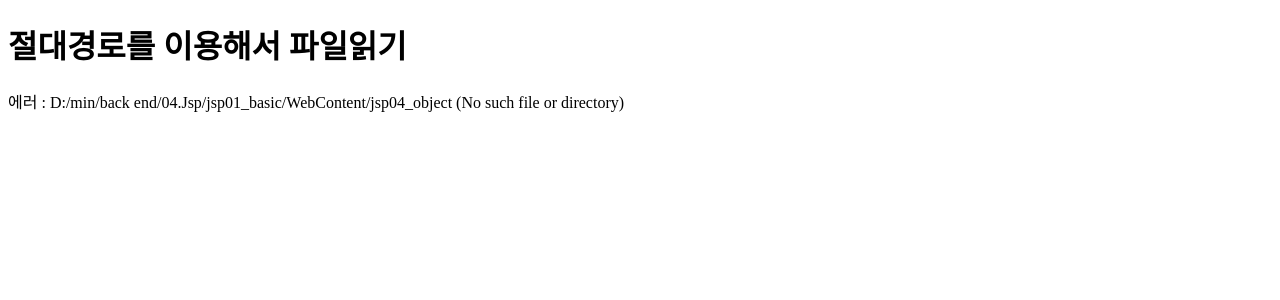
Repository: HongMW/study
Page: http://localhost/jsp01_basic/jsp04_object/jsp04_readfile_01.jsp
An editor plug-in stored every save of this project. The page is shown before and after the next save, followed by the edit.
The browser window is 1280 px wide. The pictures show the whole page.
The page is served by Tomcat 9.

Above is the page before, as saved 2022-12-13 00:39:49.

After the next save:
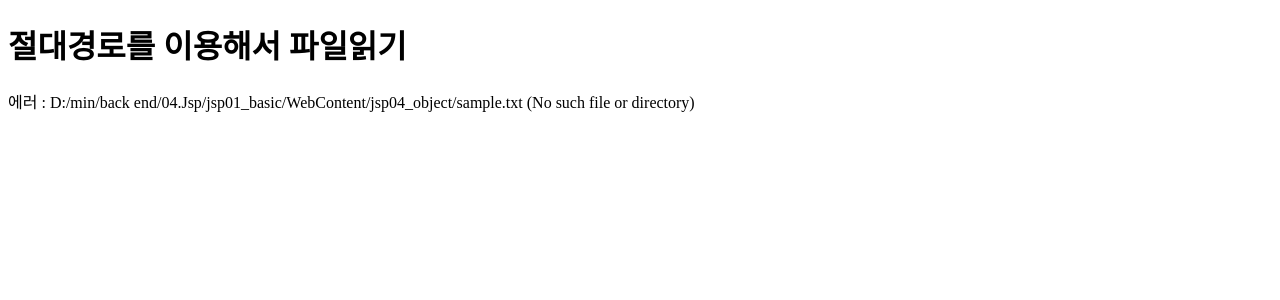
Saved 18 s later.
--- a/04.jsp/jsp01_basic/WebContent/jsp04_object/jsp04_readfile_01.jsp
+++ b/04.jsp/jsp01_basic/WebContent/jsp04_object/jsp04_readfile_01.jsp
@@ -11,7 +11,7 @@
 <body>
 	<h1>절대경로를 이용해서 파일읽기</h1>
 	<%
-		String path = "D:/min/back end/04.Jsp/jsp01_basic/WebContent/jsp04_object";
+		String path = "D:/min/back end/04.Jsp/jsp01_basic/WebContent/jsp04_object/sample.txt";
 
 		//java.io, java.nio
 		char[] cbuf = new char[128];
